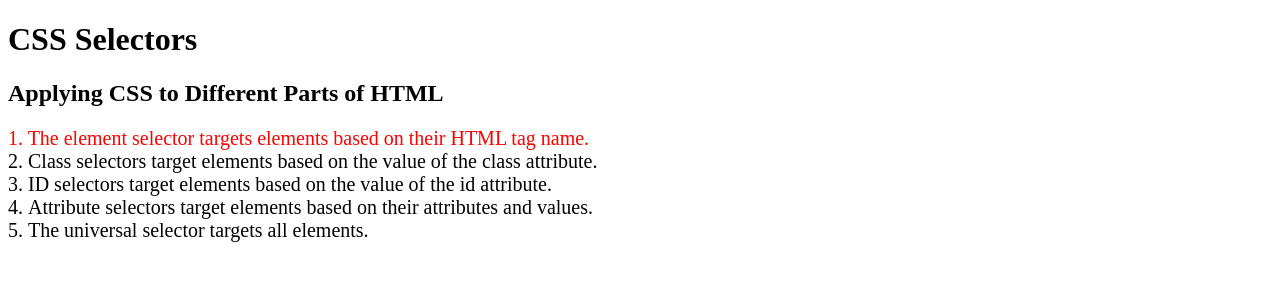
Repository: arzeee/Web_Course
Page: 5.3+CSS+Selectors/5.3 CSS Selectors/index.html
An editor plug-in stored every save of this project. The page is shown before and after a run of saves, followed by the edit.
The browser window is 1280 px wide. The pictures show the whole page.

Above is the page before, as saved 2025-01-20 07:44:32.

After the next 2 saves:
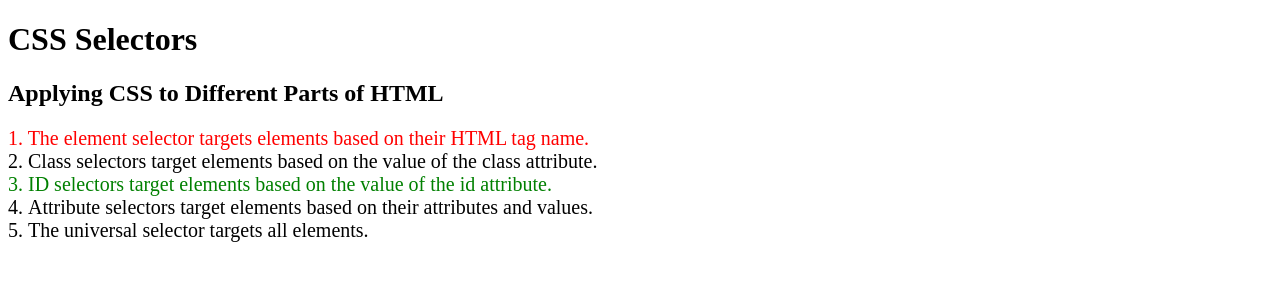
The 2 saves are shown as one change because they came seconds apart.
The last was saved 9 s later.
--- a/5.3+CSS+Selectors/5.3 CSS Selectors/style.css
+++ b/5.3+CSS+Selectors/5.3 CSS Selectors/style.css
@@ -15,5 +15,5 @@ p {
 }
 
 #id-selector-demo {
-
+  color: green;
 }
